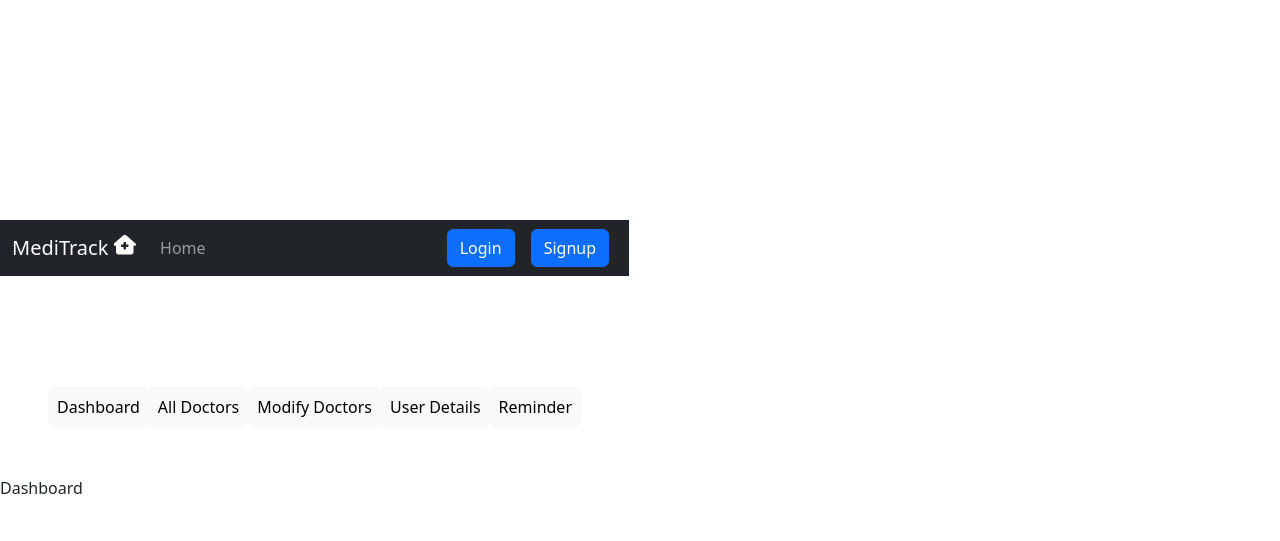
Repository: rahul-chakradhari/PillWise
Page: /admind (app in frontend/)
An editor plug-in stored every save of this project. The page is shown before and after the next save, followed by the edit.
The browser window is 1280 px wide. The pictures show the whole page.
The project was rebuilt for these pictures with package versions that can differ from the ones it lists, and the page was loaded fresh each time. Also part of the build but not shown: frontend/vite.config.js, frontend/src/components/Home.jsx, frontend/src/components/History.jsx, frontend/src/components/Remainder.jsx, frontend/src/components/Doctors.jsx, frontend/src/components/Healthy.jsx, frontend/src/components/Prescription.jsx, frontend/src/utils/axiosInstant.js and 3 more.

Above is the page before, as saved 2025-03-12 12:37:47.

After the next save:
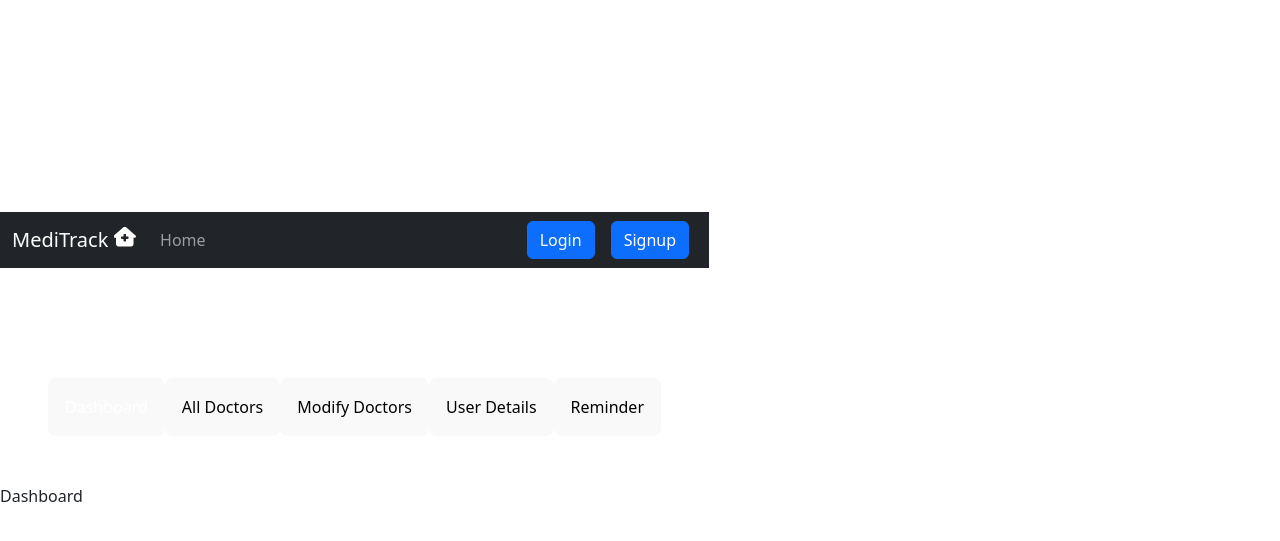
Saved 100 s later.
--- a/frontend/src/components/AdminData.jsx
+++ b/frontend/src/components/AdminData.jsx
@@ -14,25 +14,28 @@ const AdminData = () => {
   return (
     <div className="flex h-screen">
       {/* Sidebar */}
-      <div className="w-64 bg-gray-800 text-white p-5 flex flex-col space-y-4">
-        <h2 className="text-xl font-bold mb-4">Admin Panel</h2>
+      <aside className="w-64 bg-gray-800 text-white p-5 flex flex-col space-y-2">
+        <h2 className="text-xl font-bold mb-4 text-center">Admin Panel</h2>
         {sections.map((section) => (
           <button
             key={section}
-            className={`p-2 rounded-md text-left transition-all duration-300 w-full ${
-              activeSection === section ? "bg-blue-500" : "hover:bg-gray-700"
-            }`}
+            className={`p-3 rounded-md text-left w-full font-medium transition-all duration-300 focus:outline-none
+              ${
+                activeSection === section
+                  ? "bg-blue-500 text-white"
+                  : "hover:bg-gray-700"
+              }`}
             onClick={() => setActiveSection(section)}
           >
             {section}
           </button>
         ))}
-      </div>
+      </aside>
 
       {/* Main Content */}
-      <div className="flex-1 flex items-center justify-center text-2xl font-semibold">
+      <main className="flex-1 flex items-center justify-center text-2xl font-semibold">
         {activeSection}
-      </div>
+      </main>
     </div>
   );
 };
